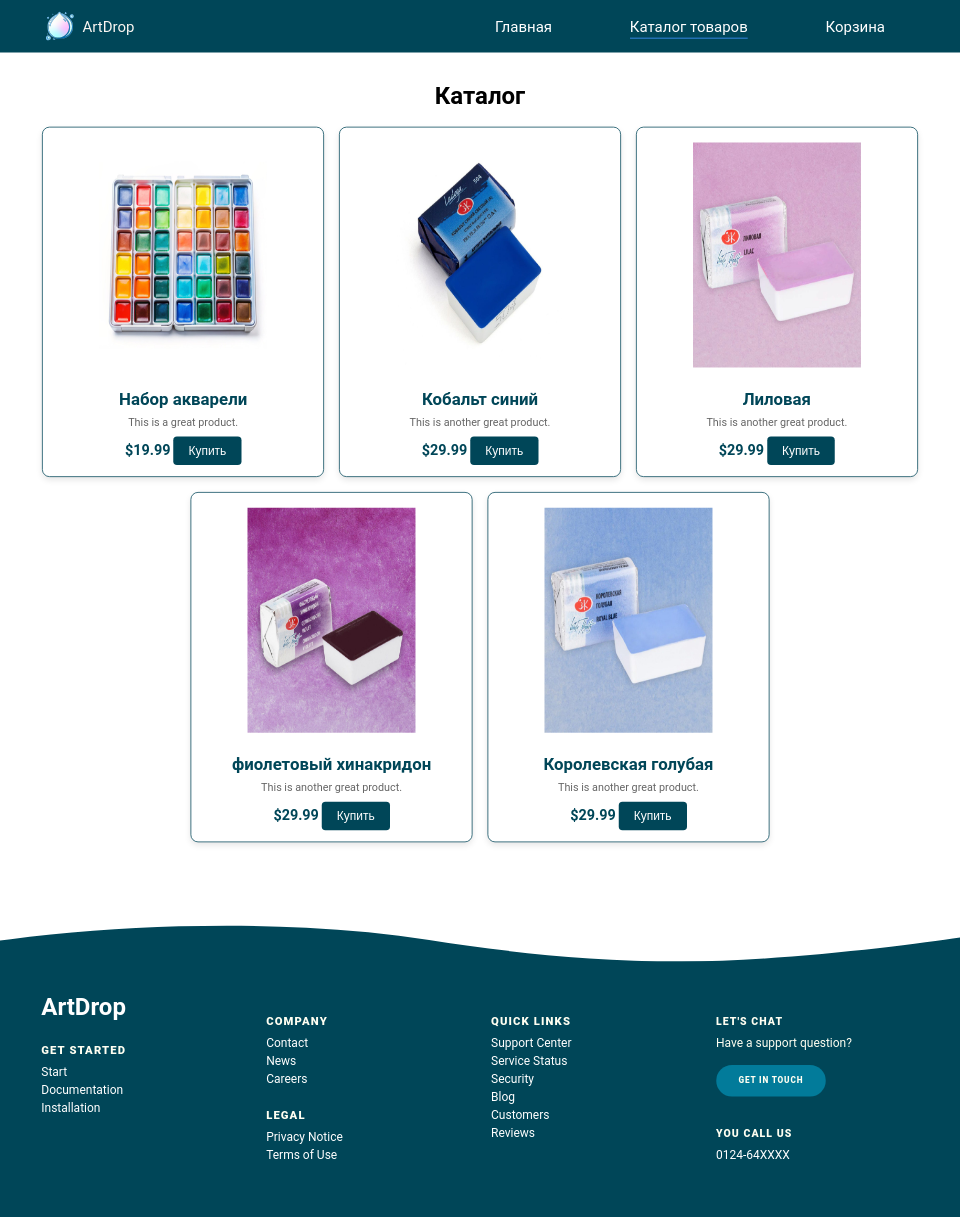
Repository: mnats725/art-drop
Page: catalog.html
An editor plug-in stored every save of this project. The page is shown before and after the next save, followed by the edit.
The browser window is 1280 px wide. The pictures show the whole page, at 75% of full size.

Above is the page before, as saved 2024-05-21 13:33:20.
Console error: TypeError: Cannot read properties of null (reading 'querySelectorAll')

After the next save:
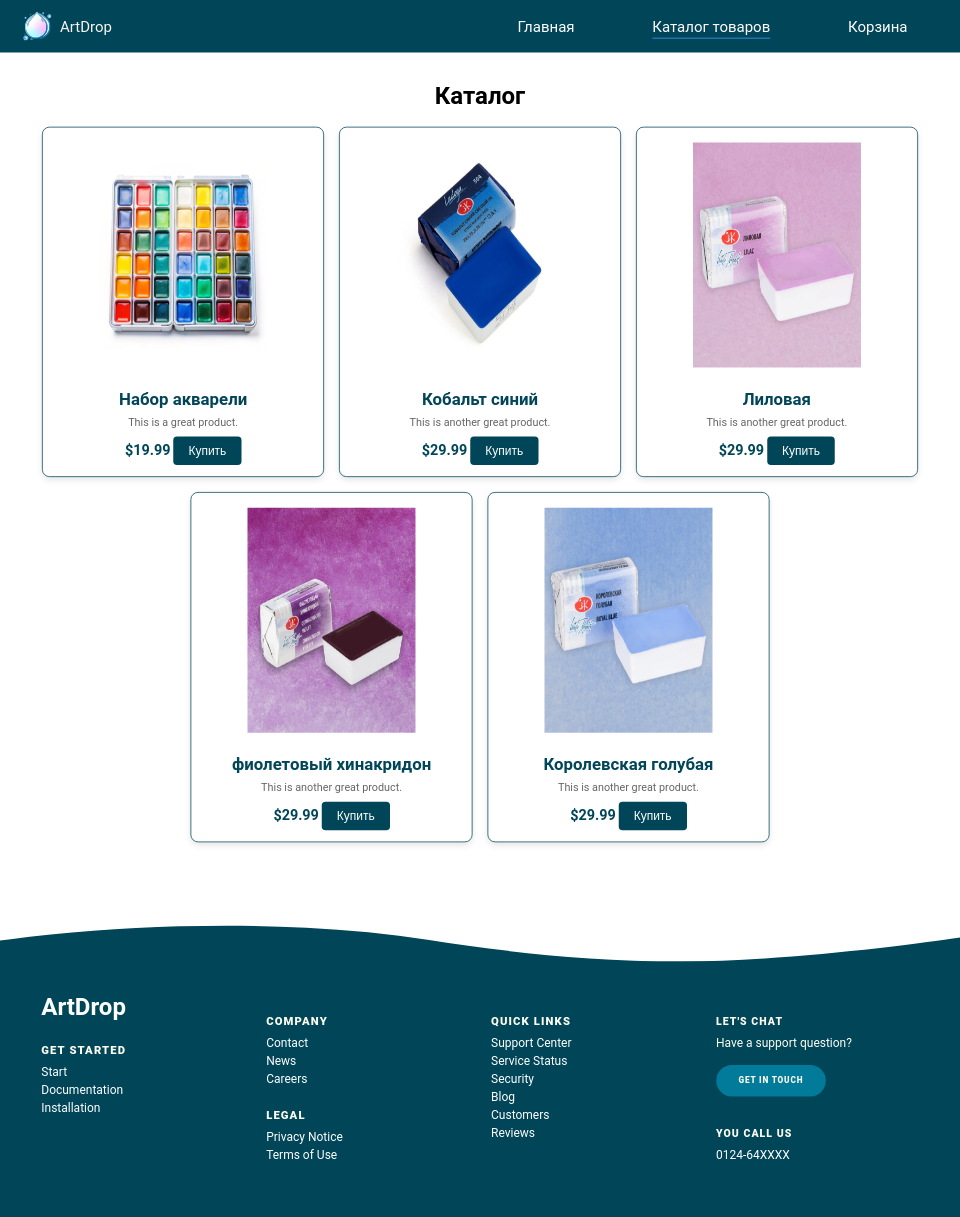
Saved 18 s later.
--- a/css/style.css
+++ b/css/style.css
@@ -32,7 +32,7 @@ body {
     min-height: 70px;
     background-color: #004658;
     color: #FAF6F2;
-    padding: 0 60px;
+    padding: 0 30px;
     font-size: 20px;
 }
 
